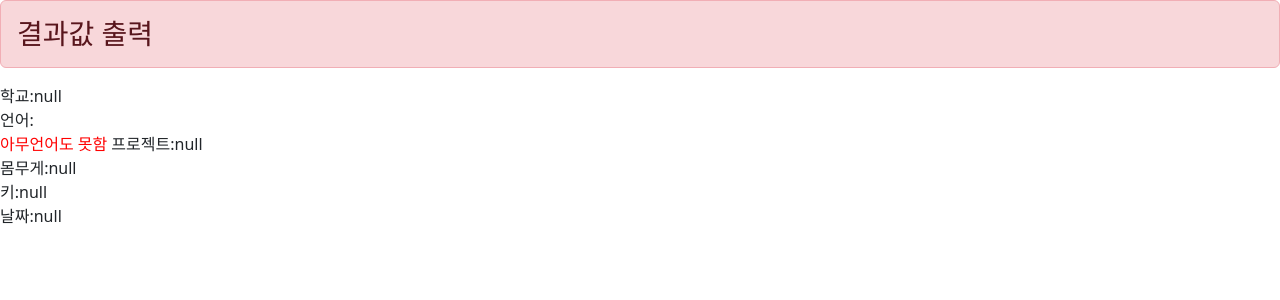
Repository: GANADAG/jspProject
Page: http://localhost/JspProject/day0229/infoWrite.jsp
An editor plug-in stored every save of this project. The page is shown before and after the next save, followed by the edit.
The browser window is 1280 px wide. The pictures show the whole page.
Some web fonts or font styles are not loaded; a fallback is used. The page is served by Tomcat 9. Other server files are loaded and not shown.

Above is the page before, as saved 2024-02-29 00:38:25.

### JspProject/src/main/webapp/day0229/infoWrite.jsp
<%@ page language="java" contentType="text/html; charset=UTF-8"
    pageEncoding="UTF-8"%>
<!DOCTYPE html>
<html>
<head>
<meta charset="UTF-8">
<link href="https://cdn.jsdelivr.net/npm/bootstrap@5.3.2/dist/css/bootstrap.min.css" rel="stylesheet">
<link href="https://fonts.googleapis.com/css2?family=Diphylleia&family=Dongle&family=Noto+Sans+KR:wght@100..900&family=Orbit&family=Stylish&display=swap" rel="stylesheet">
<script src="https://code.jquery.com/jquery-3.7.0.js"></script>

<title>Insert title here</title>
</head>
<body>
	<%
	request.setCharacterEncoding("utf-8");

	String grade=request.getParameter("grade");
	String []lang=request.getParameterValues("lang");//다중선택 []
	String like=request.getParameter("like");
	String height=request.getParameter("height");
	String weight=request.getParameter("weight");
	String ipsaday=request.getParameter("ipsaday");

	%>

	<h3 class="alert alert-danger">결과값 출력</h3>
	학교:<%=grade %><br>
	언어:<br>
	<%
	if(lang==null)
	{%>
		<font color="red">아무언어도 못함</font>
	<%}else
	{
		for(int i=0;i<lang.length;i++)
		{%>
			&nbsp;&nbsp;<b><%=lang[i] %></b><br>
		<%}
	}
	%>
	프로젝트:<%=like %><br>
	몸무게:<%=height %><br>
	키:<%=weight %><br>
	날짜:<%=ipsaday %><br>


</body>
</html>

After the next save:
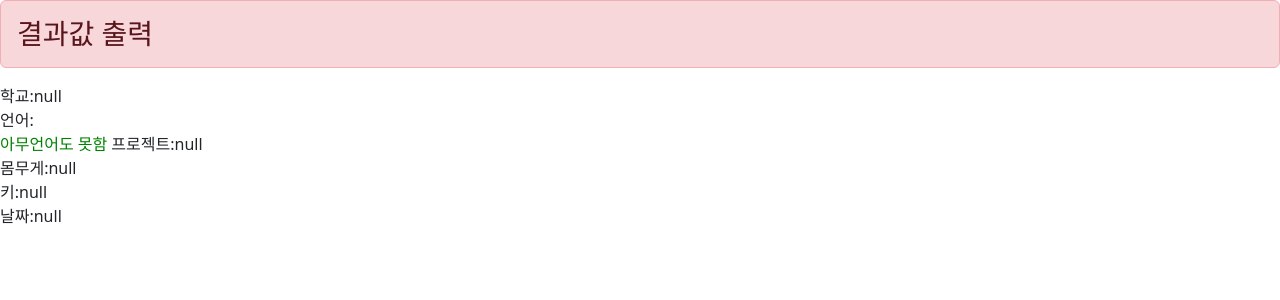
Saved 98 s later.
--- a/JspProject/src/main/webapp/day0229/infoWrite.jsp
+++ b/JspProject/src/main/webapp/day0229/infoWrite.jsp
@@ -29,7 +29,7 @@
 	<%
 	if(lang==null)
 	{%>
-		<font color="red">아무언어도 못함</font>
+		<font color="green">아무언어도 못함</font>
 	<%}else
 	{
 		for(int i=0;i<lang.length;i++)
